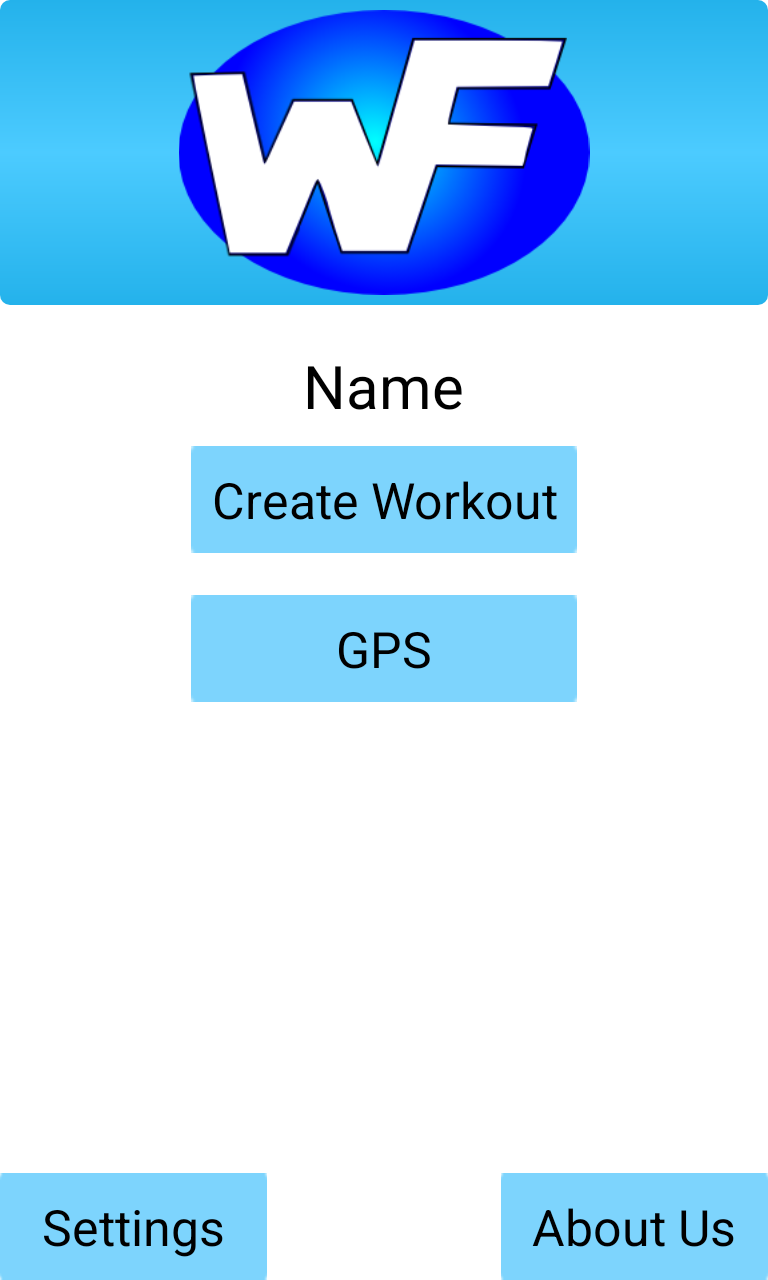
Repository: jwisch91/CS390-Project
Layout: workspace/testing/res/layout/main_menu.xml
The author's editor kept a copy of each file at every save. The layout is drawn from the files as they stood at one save, then again after the next save.
It is drawn on a 768 x 1280 px phone screen (xhdpi) without system bars, with theme android:Theme.Light; the app's code is not run.

Above is the layout before, as saved 2013-04-12 03:35:41.

### workspace/testing/res/layout/main_menu.xml
<?xml version="1.0" encoding="utf-8"?>
<ScrollView
  xmlns:android="http://schemas.android.com/apk/res/android"
  android:layout_width="fill_parent"
  android:layout_height="fill_parent"
  android:fillViewport="true"
  android:id="@+id/Main_menu">

<RelativeLayout
    android:layout_width="fill_parent"
    android:layout_height="fill_parent"
    android:layout_weight="0.80"
    android:background="#ffffff" >

    <!-- Header  Starts -->

    <LinearLayout
        android:id="@+id/header"
        android:layout_width="fill_parent"
        android:layout_height="wrap_content"
        android:background="@layout/header_gradient"
        android:paddingBottom="5dip"
        android:paddingTop="5dip" >

        <!-- Logo Start -->

        <ImageView
            android:layout_width="fill_parent"
            android:layout_height="wrap_content"
            android:layout_gravity="center"
            android:src="@drawable/logo" />
        <!-- Logo Ends -->
    </LinearLayout>
    <!-- Header Ends -->

    <TextView
        android:id="@+id/Welcome"
        android:layout_width="wrap_content"
        android:layout_height="wrap_content"
        android:layout_below="@+id/header"
        android:layout_centerHorizontal="true"
        android:layout_marginBottom="10dp"
        android:layout_marginTop="20dp"
        android:text="Name"
        android:textColor="#000000"
        android:textSize="30dip" />

    <Button
        android:id="@+id/About_Us"
        android:layout_width="wrap_content"
        android:layout_height="wrap_content"
        android:layout_alignParentBottom="true"
        android:layout_alignParentRight="true"
        android:background="@drawable/blue"
        android:padding="10dip"
        android:text="About Us"
        android:textSize="25dip" />


    <Button
        android:id="@+id/Settings"
        android:layout_width="wrap_content"
        android:layout_height="wrap_content"
        android:layout_alignParentBottom="true"
        android:layout_alignParentLeft="true"
        android:background="@drawable/blue"
        android:padding="10dip"
        android:text="Settings"
        android:textSize="25dip" />

    <Button
        android:id="@+id/Workout_Button"
        android:layout_width="wrap_content"
        android:layout_height="wrap_content"
        android:layout_below="@+id/Welcome"
        android:layout_centerHorizontal="true"
        android:background="@drawable/blue"
        android:padding="10dip"
        android:text="Create Workout"
        android:textSize="25dip" />

    <Button
        android:id="@+id/GPS_Button"
        android:layout_width="200dip"
        android:layout_height="wrap_content"
        android:layout_alignLeft="@+id/Workout_Button"
        android:layout_alignRight="@+id/Workout_Button"
        android:layout_below="@+id/Workout_Button"
        android:layout_marginTop="21dp"
        android:background="@drawable/blue"
        android:padding="10dip"
        android:text="GPS"
        android:textSize="25dip" />

</RelativeLayout>

</ScrollView>

Loaded but not shown: workspace/testing/res/layout/header_gradient.xml (common file)

After the next save:
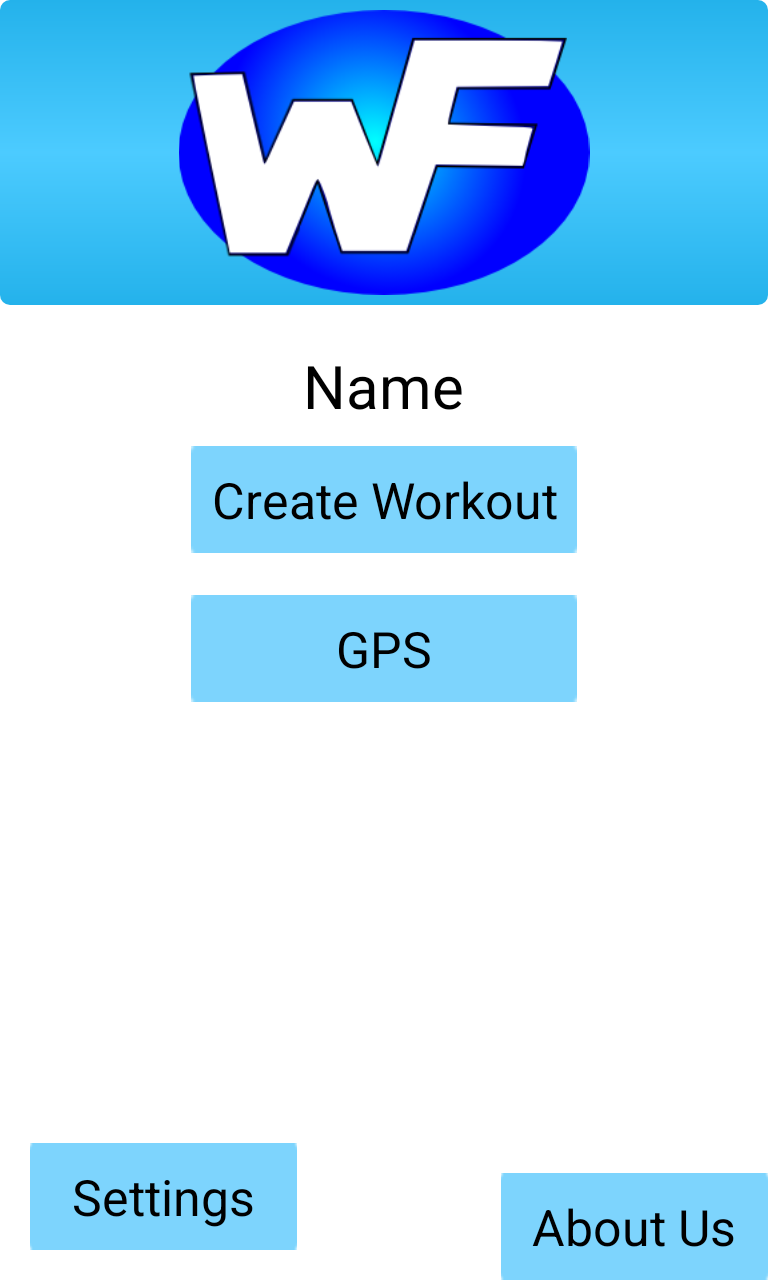
Saved 94 s later.
--- a/workspace/testing/res/layout/main_menu.xml
+++ b/workspace/testing/res/layout/main_menu.xml
@@ -56,18 +56,6 @@
         android:text="About Us"
         android:textSize="25dip" />
 
-
-    <Button
-        android:id="@+id/Settings"
-        android:layout_width="wrap_content"
-        android:layout_height="wrap_content"
-        android:layout_alignParentBottom="true"
-        android:layout_alignParentLeft="true"
-        android:background="@drawable/blue"
-        android:padding="10dip"
-        android:text="Settings"
-        android:textSize="25dip" />
-
     <Button
         android:id="@+id/Workout_Button"
         android:layout_width="wrap_content"
@@ -92,6 +80,19 @@
         android:text="GPS"
         android:textSize="25dip" />
 
+    <Button
+        android:id="@+id/Settings"
+        android:layout_width="wrap_content"
+        android:layout_height="wrap_content"
+        android:layout_alignParentBottom="true"
+        android:layout_alignParentLeft="true"
+        android:layout_marginBottom="15dp"
+        android:layout_marginLeft="15dp"
+        android:background="@drawable/blue"
+        android:padding="10dip"
+        android:text="Settings"
+        android:textSize="25dip" />
+
 </RelativeLayout>
 
 </ScrollView>
